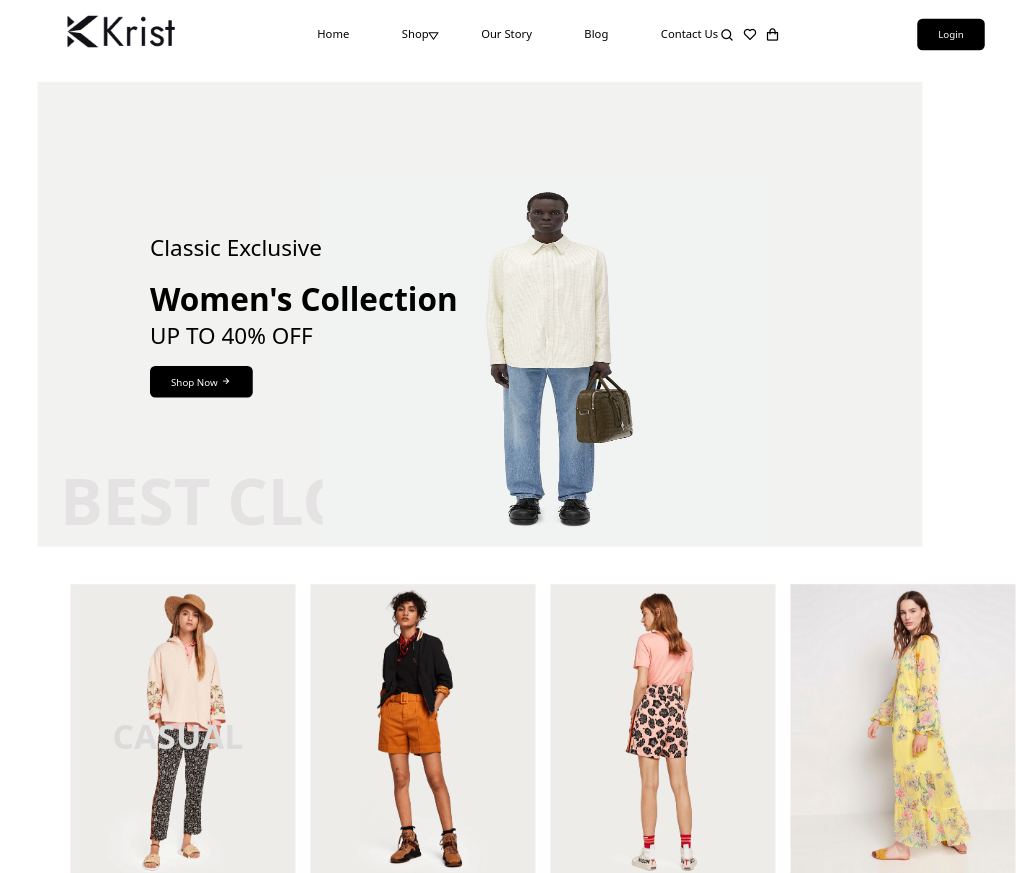
Repository: isaacCodes1/Krist-Website
Page: index.html
The author's editor kept a copy of each file at every save. The page is drawn from the files as they stood at one save, then again after a run of saves.
The browser window is 1280 px wide. The page is 1354 px wide, then 1313 px, then 1354 px, so the pictures cover 1354 px, including what lies to the right of the window. The pictures show the whole page, at 75% of full size.

Above is the page before, as saved 2024-04-01 10:59:47.

### index.html
<!DOCTYPE html>
<html lang="en">
  <head>
    <meta charset="UTF-8" />
    <meta name="viewport" content="width=device-width, initial-scale=1.0" />
    <link rel="stylesheet" href="style.css" />
    <link
      rel="stylesheet"
      href="https://unpkg.com/boxicons@latest/css/boxicons.min.css"
    />
    <title>Krist Website.</title>
  </head>
  <body>
    <header>
      <nav>
        <div class="navBar">
          <a href="index.html"><img src="/Assets/Group 56.png" alt="" /></a>
          <div class="logoItems">
            <ul>
              <li>Home</li>
              <li class="shop">Shop</li>
              <li>Our Story</li>
              <li>Blog</li>
              <li class="contact">Contact Us</li>
            </ul>
            <button class="login"><a href="Login.html">Login</a></button>
          </div>
          <div class="icons">
            <i class="bx bx-down-arrow"></i>
            <i class="bx bx-search"></i>
            <i class="bx bx-heart"></i>
            <i class="bx bx-shopping-bag"></i>
          </div>
        </div>
      </nav>
    </header>
    <section>
      <div class="landingPage">
        <h2>BEST CLOTHES</h2>
        <img src="/Assets/bot2.jpg" alt="" />
        <div class="landingPageText">
          <p class="classic">Classic Exclusive</p>
          <h1>Women's Collection</h1>
          <p>UP TO 40% OFF</p>
          <button>
            <a href="shop.html"
              >Shop Now <i class="bx bx-right-arrow-alt"></i
            ></a>
          </button>
        </div>
      </div>
    </section>
    <section class="cards">
      <div class="cardstext">
        <h1>Shop by Categories.</h1>
      </div>
      <div class="cardsImg">
        <img class="as1" src="/Assets/1.jpg" alt="" />
        <img src="/Assets/2.jpg" alt="" />
        <img src="/Assets/3.jpg" alt="" />
        <img src="/Assets/4.jpg" alt="" />
      </div>
      <h1 class="a1">CASUAL</h1>
    </section>
  </body>
</html>

### style.css
* {
  margin: 0;
  padding: 0;
  box-sizing: border-box;
  font-family: system-ui, -apple-system, BlinkMacSystemFont, "Segoe UI", Roboto,
    Oxygen, Ubuntu, Cantarell, "Open Sans", "Helvetica Neue", sans-serif;
}
.navBar {
  display: flex;
  align-items: center;
  margin-bottom: 40px;
  position: relative;
}
.navBar img {
  margin-left: 90px;
  padding-top: 20px;
  padding-right: 190px;
}
.logoItems ul {
  display: flex;
  list-style: none;
  padding-top: 20px;
  gap: 70px;
}
.logoItems ul li {
  font-size: 15px;
}
.logoItems ul li:hover {
  transform: scale(1.05);
  font-weight: 700;
}
.shop {
  position: relative;
}
.bx-down-arrow {
  position: absolute;
  left: 570px;
}
.contact {
  position: relative;
}
.bx-search {
  position: absolute;
  right: 300px;
  top: 37px;
  font-size: 20px;
}
.bx-heart {
  position: absolute;
  right: 270px;
  top: 35px;
  font-size: 20px;
}
.bx-shopping-bag {
  position: absolute;
  right: 240px;
  top: 35px;
  font-size: 20px;
}
.bx-down-arrow {
  position: absolute;
  left: 570px;
  top: 40px;
}
.bx-right-arrow-alt {
  font-size: 15px;
}
.landingPage {
  display: flex;
  flex-direction: column;
  background: rgb(242, 243, 241);
  border-radius: 5 px;
  height: 620px;
  margin-bottom: 50px;
  margin-left: 50px;
  margin-right: 50px;
  position: relative;
}

.landingPageText {
  margin-top: 200px;
  margin-left: 150px;
  position: relative;
}
.landingPageText h1 {
  font-size: 42px;
  font-weight: 900;
}
.landingPage h2 {
  font-size: 85px;
  position: absolute;
  top: 500px;
  left: 30px;
  color: #e4e2e2;
}
.classic {
  font-size: 30px;
  font-weight: 500;
  margin-bottom: 10px;
}
.landingPageText p {
  font-size: 30px;
  font-weight: 400;
  margin-bottom: 20px;
}
button {
  padding: 12px 28px;
  background: #000;
  border: 1px;
  border-radius: 7px;
  transition: all 0.42s ease;
}
button a {
  text-decoration: none;
  font-size: 13px;
  color: #fff;
}
button:hover {
  color: #000;
  background: grey;
}
.landingPage img {
  width: 600px;
  position: absolute;
  top: 120px;
  right: 200px;
  background: transparent;
  height: 80%;
}
.login {
  padding: 12px 28px;
  background: #000;
  border: 1px;
  border-radius: 7px;
  margin-left: 800px;
  position: absolute;
  top: 25px;
}
.login a {
  text-decoration: none;
  font-size: 13px;
  color: #fff;
}
.cardstext {
  position: absolute;
  top: 50%;
  left: 50%;
  transform: translate(-50%, -50%);
  background-color: rgba(0, 0, 0, 0.5);
  color: white;
  padding: 10px 20px;
  opacity: 0;
  transition: opacity 0.5s;
  font-size: 30px;
  margin-left: 90px;
  padding-top: 60px;
  padding-bottom: 30px;
}
.cardsImg {
  display: flex;
  margin-left: 74px;
}
.cardsImg img {
  width: 300px;
  margin-left: 20px;
}
.as1 {
  position: relative;
}
.a1 {
  font-size: 45px;
  color: #dbdbdb;
  position: absolute;
  top: 950px;
  left: 150px;
}

After the next 3 saves:
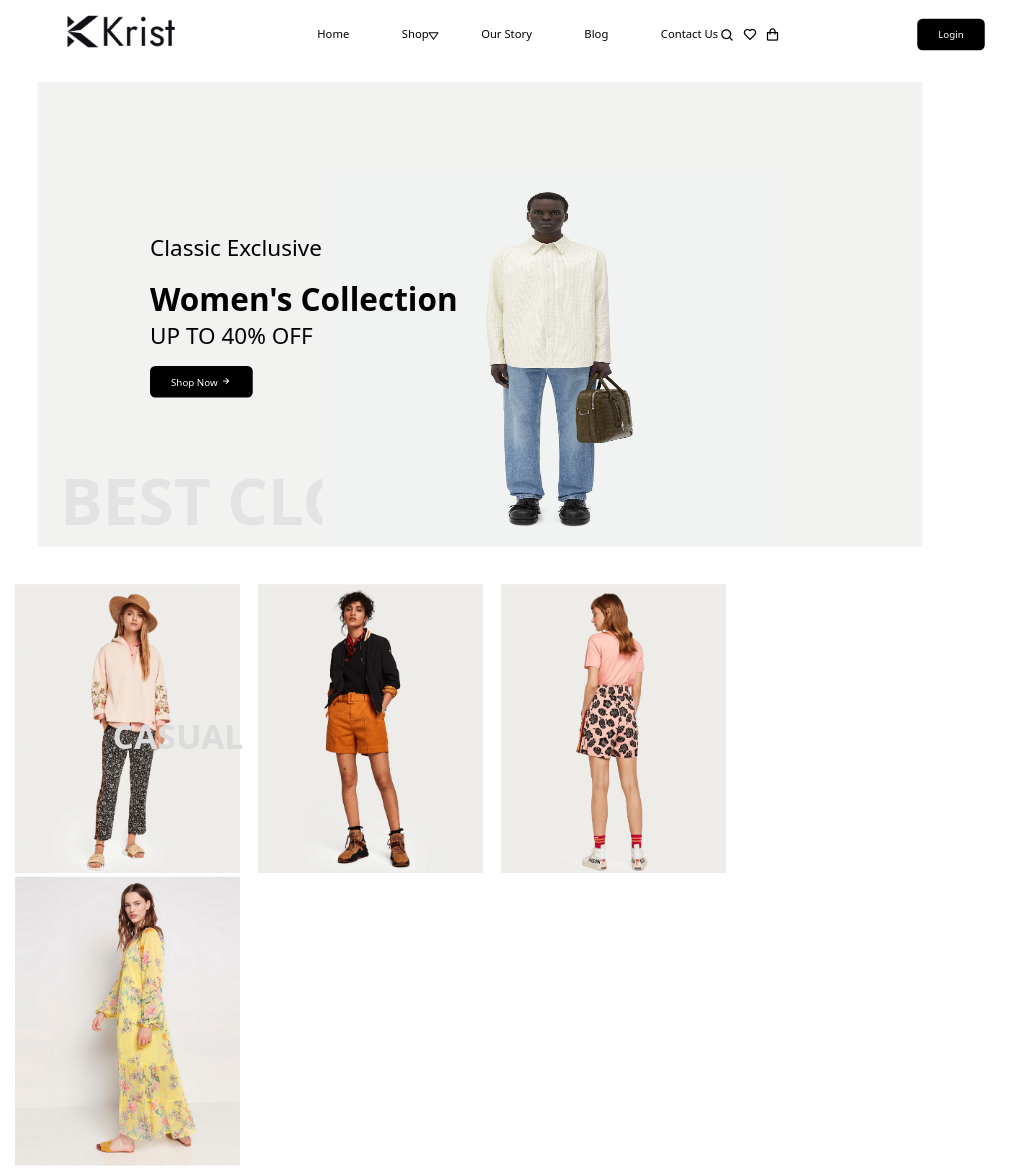
The 3 saves are shown as one change because they came seconds apart.
The last was saved 81 s later.
--- a/style.css
+++ b/style.css
@@ -156,6 +156,7 @@
   padding-top: 60px;
   padding-bottom: 30px;
 }
+.cardstext:hover
 .cardsImg {
   display: flex;
   margin-left: 74px;

After the save that followed:
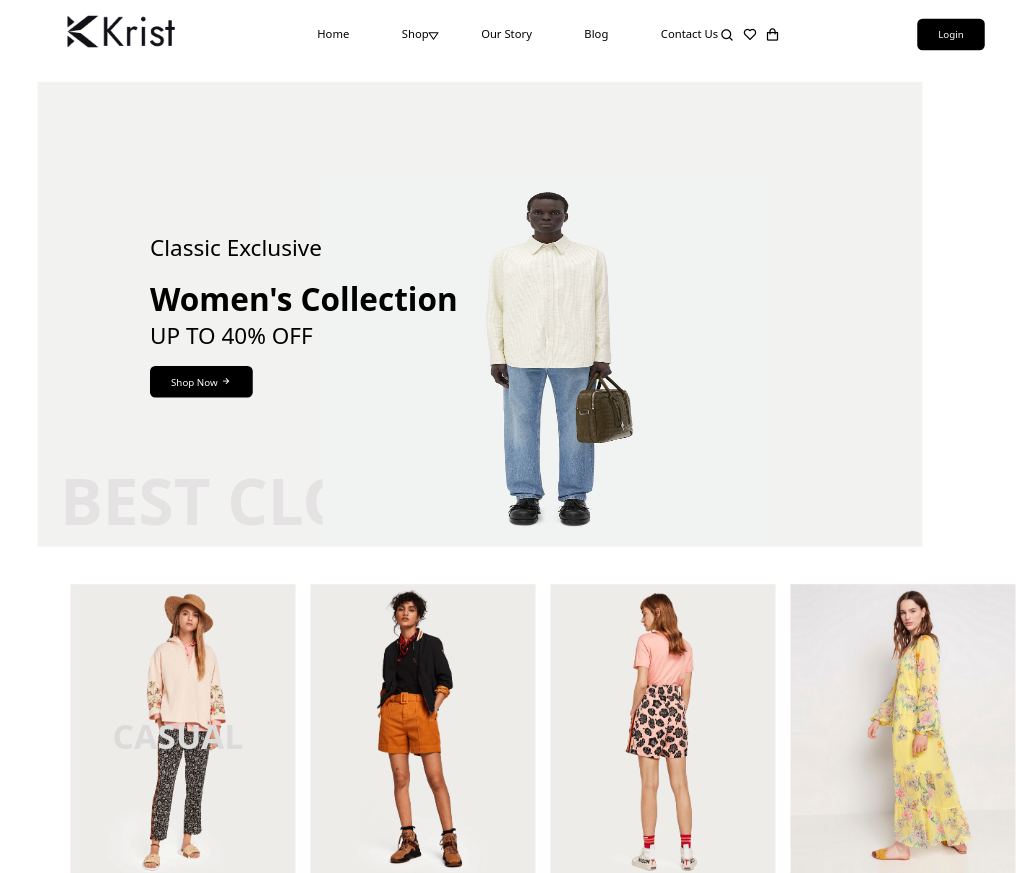
Saved 5 s later.
--- a/style.css
+++ b/style.css
@@ -156,7 +156,9 @@
   padding-top: 60px;
   padding-bottom: 30px;
 }
-.cardstext:hover
+.cardstext:hover{
+    opacity: 1;
+}
 .cardsImg {
   display: flex;
   margin-left: 74px;
